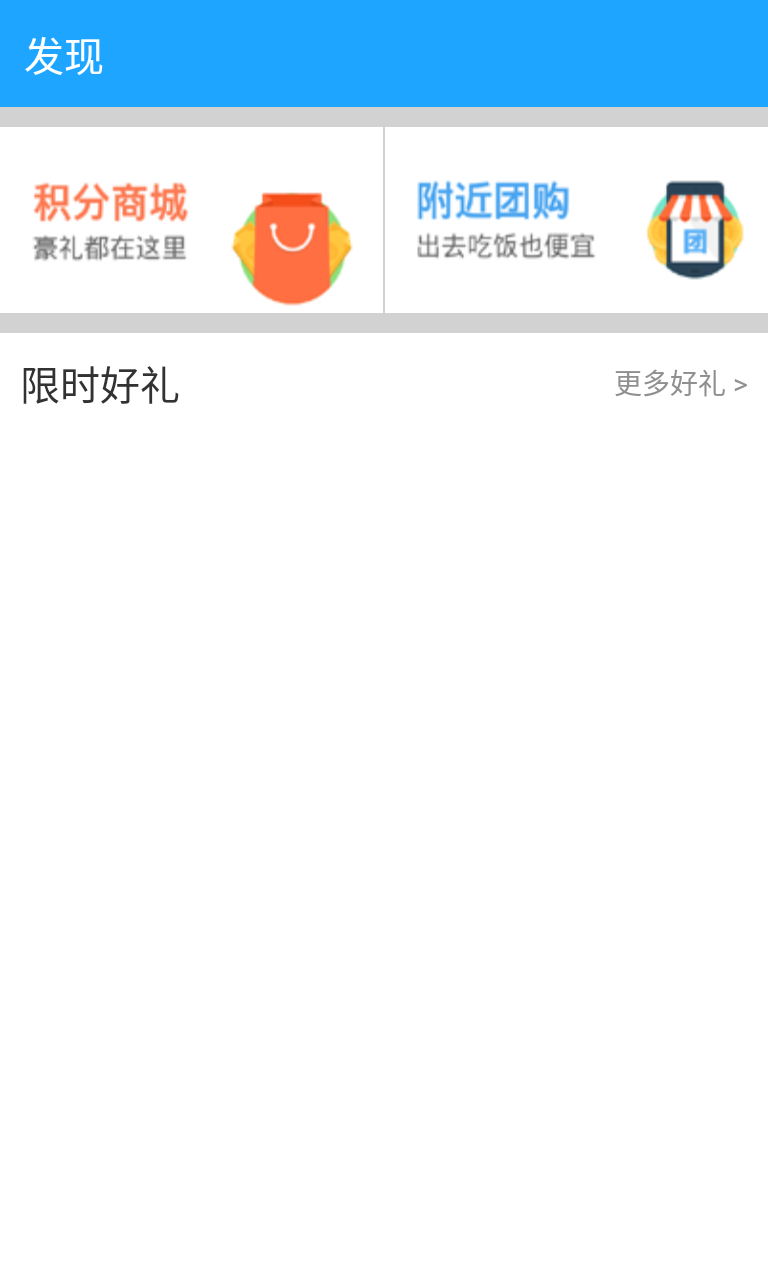
Repository: shi1hh/v
Layout: HungryTest/res/layout/fragment_faxian.xml
The author's editor kept a copy of each file at every save. The layout is drawn from the files as they stood at one save, then again after the next save.
It is drawn on a 768 x 1280 px phone screen (xhdpi) without system bars, with theme android:Theme.Light.NoTitleBar; the app's code is not run. Lists and similar views that code fills are empty.

Above is the layout before, as saved 2015-10-25 04:23:16.

After the next save:
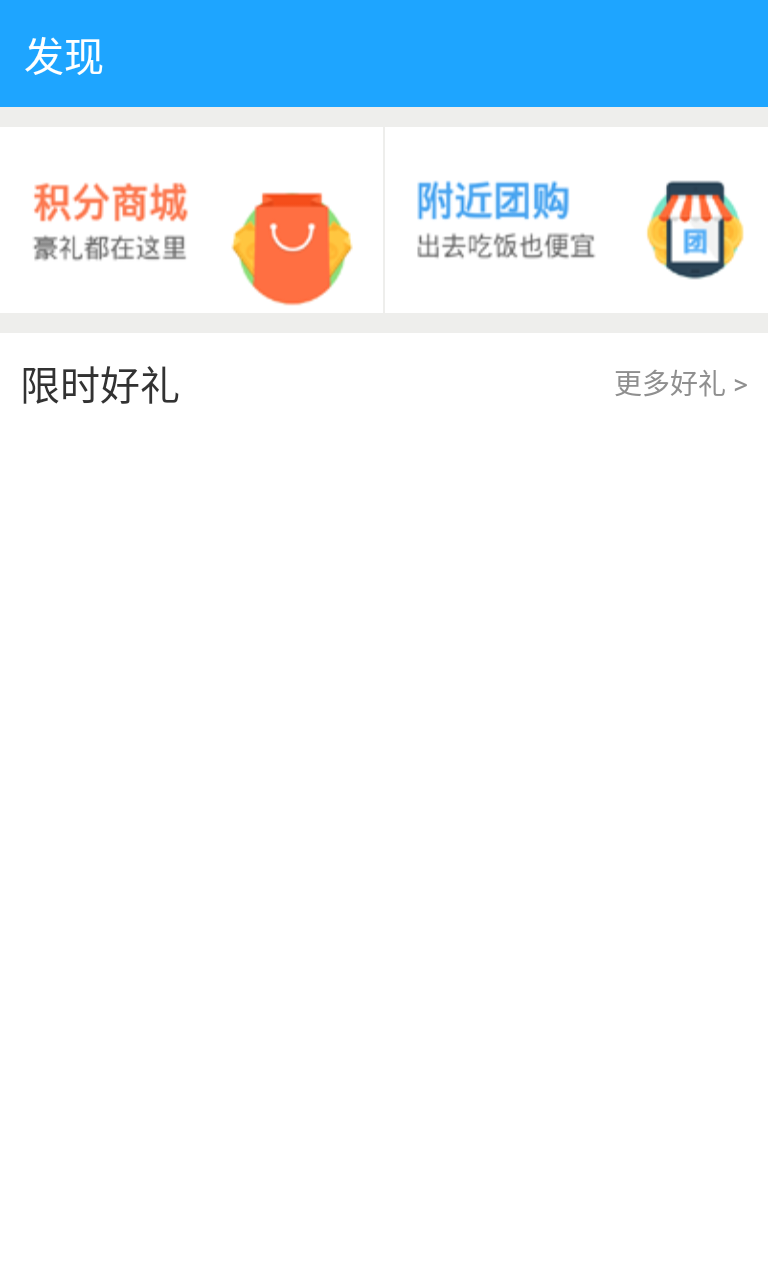
Saved 78 s later.
--- a/HungryTest/res/values/color.xml
+++ b/HungryTest/res/values/color.xml
@@ -13,6 +13,10 @@
       <color name="normal_text">#ffffff</color>
       <color name="blackground2">#eceeee</color>
       <color name="login_button">#60C04D</color>
-      <color name="divider">#D2D2D2</color>
+      <color name="divider">#EEEEEC</color>
       <color name="text_gray_2">#8F8F8F</color>
+      <color name="blackground_cart_listview">#F2F2F2</color>
+      <color name="black">#FFFAFA</color>
+      <color name="text1">#EE2C2C</color>
+      <color name="text2">#DAA520</color>
 </resources>
